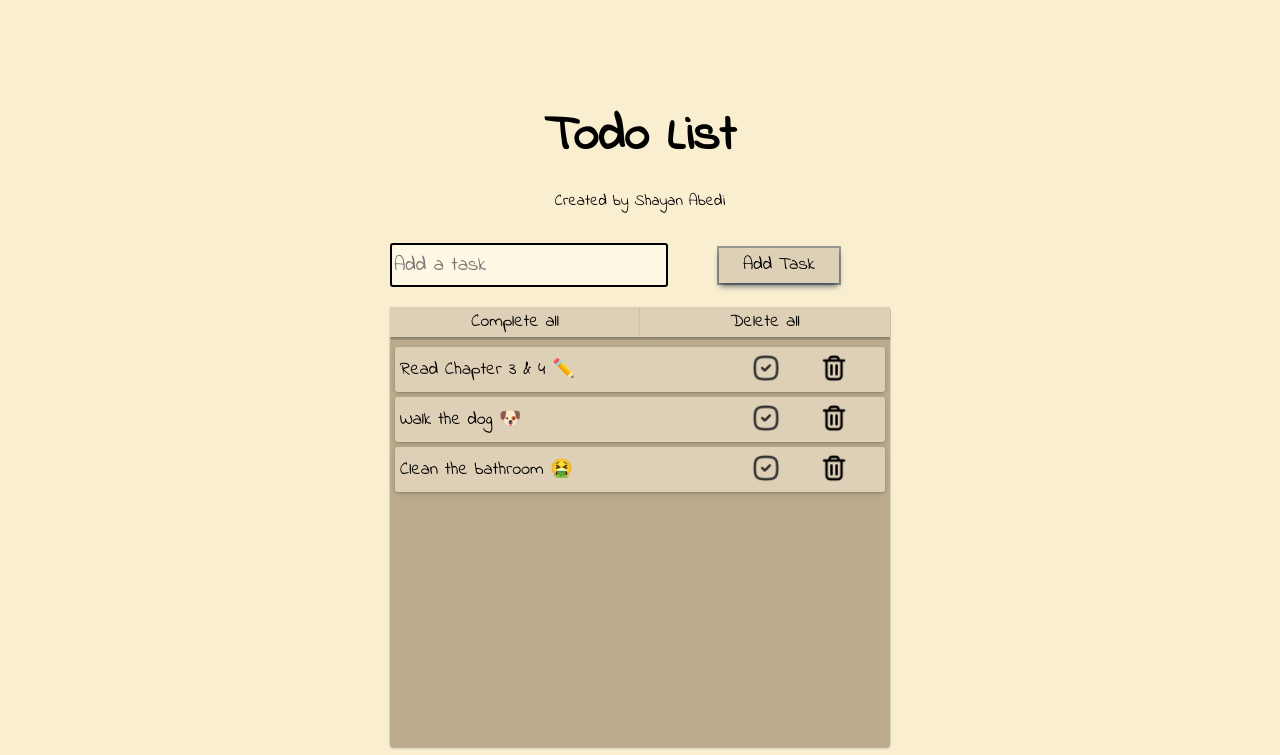
Repository: shayanabedi98/todo-list
Page: /
An editor plug-in stored every save of this project. The page is shown before and after a run of saves, followed by the edit.
The browser window is 1280 px wide. The pictures show the whole page.
The project was rebuilt for these pictures with package versions that can differ from the ones it lists, and the page was loaded fresh each time. Also part of the build but not shown: vite.config.js.

Above is the page before, as saved 2023-12-30 20:01:56.

### index.html
<!doctype html>
<html lang="en">
  <head>
    <meta charset="UTF-8" />
    <link rel="icon" type="image/svg+xml" href="./src/assets/pencil-svgrepo-com.png" />
    <meta name="viewport" content="width=device-width, initial-scale=1.0" />
    <link rel="preconnect" href="https://fonts.googleapis.com">
    <link rel="preconnect" href="https://fonts.gstatic.com" crossorigin>
    <link href="https://fonts.googleapis.com/css2?family=Indie+Flower&display=swap" rel="stylesheet">
    <title>Todo List</title>
  </head>
  <body>
    <div id="root"></div>
    <script type="module" src="/src/main.jsx"></script>
  </body>
</html>

### src/App.jsx
import { useState } from "react";
import { v4 as uuid } from "uuid";
import TodoList from "./TodoList";
import CreateTask from "./CreateTask";
import AffectAll from "./AffectAll";

function App() {
  const [list, setList] = useState([
    { id: uuid(), text: "Read Chapter 3 & 4 ✏️", completed: false },
    { id: uuid(), text: "Walk the dog 🐶", completed: false },
    { id: uuid(), text: "Clean the bathroom 🤮", completed: false },
  ]);
  const [input, setInput] = useState("");

  const addTask = () => {
    if (input.trim() !== "") {
      setList([...list, { id: uuid(), text: input, completed: false }]);
      setInput("");
    }
  };

  const handleChange = (event) => {
    setInput(event.target.value);
  };

  const handleDelete = (taskID) => {
    const newList = list.filter((task) => {
      return task.id !== taskID;
    });
    setList(newList);
  };

  const handleComplete = (taskID) => {
    const newList = list.map((task) => {
      if (task.id === taskID) {
        return { ...task, completed: !task.completed };
      } else {
        return task;
      }
    });
    setList(newList);
  };

  const clearAll = () => {
    setList([]);
  };

  const completeAll = () => {
    const isItCompleted = list.some((task) => !task.completed);
    const newList = list.map((task) => ({ ...task, completed: isItCompleted }));
    setList(newList)
  };

  return (
    <>
      <h1>Todo List</h1>
      <p id="developer">Created by Shayan Abedi</p>
      <CreateTask handleChange={handleChange} input={input} addTask={addTask} />
      <AffectAll clearAll={clearAll} completeAll={completeAll} />
      <TodoList
        list={list}
        handleDelete={handleDelete}
        handleComplete={handleComplete}
      />
    </>
  );
}

export default App;

### src/index.css
body {
  background-color: #faeed1;
  font-family: "Indie Flower", cursive;
}

h1 {
  font-size: 50px;
  margin-top: 100px;
  margin-bottom: 0;
  text-align: center;
}

.create-task {
  display: grid;
  place-items: center;
  align-content: center;
  grid-template-columns: 1fr 1fr;
  margin: 30px auto 0 auto;
}

.create-task input {
  background-color: #fdf7e4;
  border: 2px solid black;
  border-radius: 3px;
  font-size: 20px;
  height: 38px;
  width: 320px;
  font-family: "Indie Flower", cursive;
}

.create-task button {
  background-color: #ded0b6;
  border: none;
  font-family: "Indie Flower", cursive;
  height: 40px;
  width: 160px;
  font-size: 20px;
  box-shadow: rgba(6, 24, 44, 0.4) 0px 0px 0px 2px,
    rgba(6, 24, 44, 0.65) 0px 4px 6px -1px,
    rgba(255, 255, 255, 0.08) 0px 1px 0px inset;
  cursor: pointer;
}

.affect-all {
  display: flex;
  justify-content: space-between;
  margin-top: 20px;
}

.affect-all button {
  background-color: #ded0b6;
  box-shadow: rgba(0, 0, 0, 0.12) 1px 3px, rgba(0, 0, 0, 0.24) 0px 1px 2px;
  border: none;
  font-family: "Indie Flower", cursive;
  height: 30px;
  width: 50%;
  font-size: 18px;
  cursor: pointer;
}

.affect-all button:active {
  box-shadow: rgba(0, 0, 0, 0.12) 1px 1px, rgba(0, 0, 0, 0.24) 0px 1px 2px;
}

.list ul {
  margin: 0;
  padding: 5px;
  box-shadow: rgba(0, 0, 0, 0.12) 0px 1px 3px, rgba(0, 0, 0, 0.24) 0px 1px 2px;
  border-radius: 0 0 3px 3px;
  background-color: #bbab8c;
  min-height: 400px;
}

.list li {
  list-style: none;
  display: grid;
  grid-template-columns: 1fr 0.2fr 0.2fr;
  background-color: #ded0b6;
  margin-top: 5px;
  margin-bottom: 5px;
  padding: 5px;
  box-shadow: rgba(50, 50, 93, 0.25) 0px 2px 5px -1px,
    rgba(0, 0, 0, 0.3) 0px 1px 3px -1px;
  border-radius: 3px;
  font-size: 18px;
  align-items: center;
}

#developer,
h1,
.create-task,
.list,
.affect-all {
  width: 500px;
  margin-left: auto;
  margin-right: auto;
}

.list button {
  background-color: #ded0b6;
  height: 35px;
  width: 35px;
  margin: auto 2px;
  cursor: pointer;
  border: none;
  border-radius: 3px;
}

.list img,
.affect-all img {
  height: 30px;
}

#developer {
  text-align: center;
}

@media (max-width: 525px) {
  #developer,
  h1,
  .create-task,
  .list,
  .affect-all {
    width: 400px;
  }
}

.create-task button {
  width: 120px;
  font-size: 18px;
  height: 35px;
}

.create-task input {
  width: 270px;
}

### src/TodoList.jsx
import React from "react";
import trash from "./assets/trash.png";
import check from "./assets/check.png";

const TodoList = ({ handleComplete, handleDelete, list }) => {
  const completedStyle = (condition) => {
    return condition
      ? {
          color: "grey",
          textDecoration: "line-through",
        }
      : {};
  };

  return (
    <div className="list">
      <ul>
        {list.map((task) => {
          return (
            <li key={task.id}>
              <span style={completedStyle(task.completed)}>{task.text}</span>
              <button id="complete" onClick={() => handleComplete(task.id)}>
                <img src={check} alt="checkmark button"/>
              </button>
              <button id="delete" onClick={() => handleDelete(task.id)}>
                <img src={trash} alt="delete button"/>
              </button>
            </li>
          );
        })}
      </ul>
    </div>
  );
};

export default TodoList;

### src/CreateTask.jsx
import React from "react";

const CreateTask = ({input, addTask, handleChange}) => {
  return (
    <div className="create-task">
      <input
        onKeyDown={(e) => e.key === 'Enter' && addTask()}
        placeholder="Add a task"
        type="text"
        onChange={handleChange}
        value={input}
      />
      <button onClick={addTask}>Add Task</button>
    </div>
  );
};

export default CreateTask;

### src/AffectAll.jsx
import React from "react";


const AffectAll = ({ clearAll, completeAll }) => {
  return (
    <div className="affect-all">
      <button onClick={completeAll}>Complete all</button>
      <button onClick={clearAll}>Delete all</button>
    </div>
  );
};

export default AffectAll;

Loaded but not shown: src/main.jsx (common file)

After the next 2 saves:
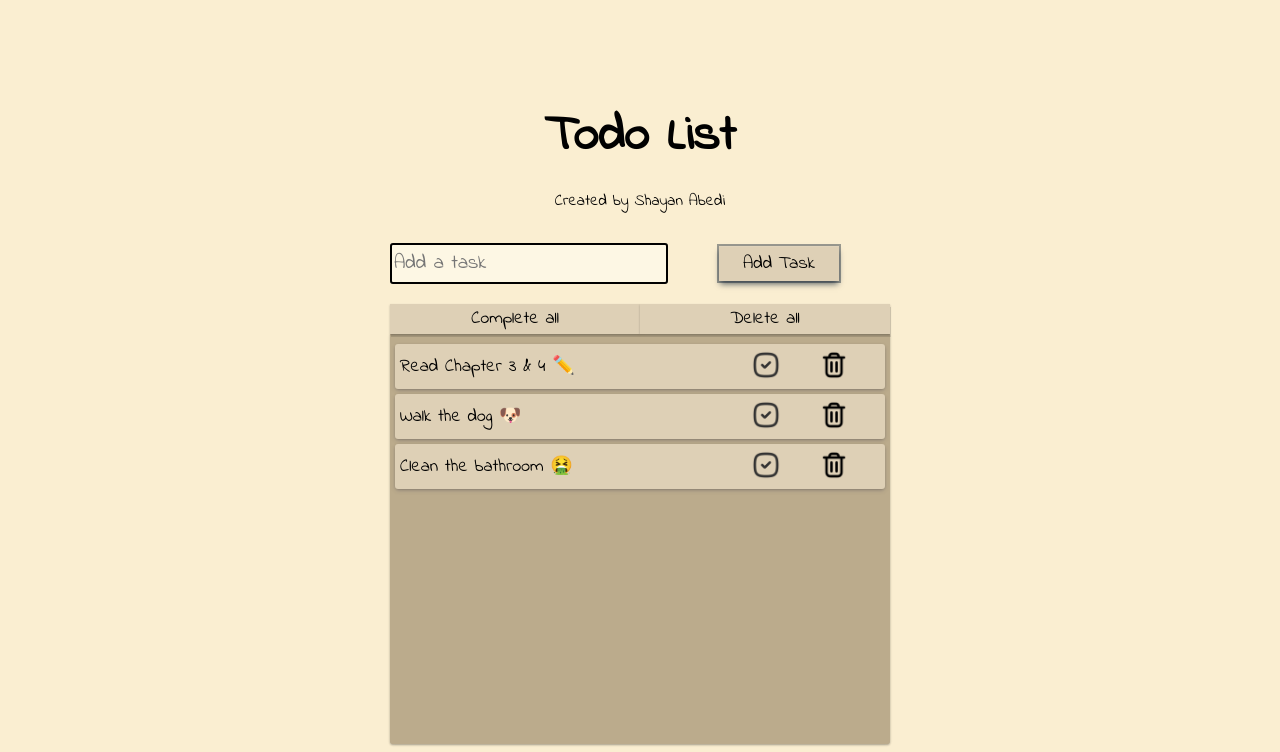
The 2 saves are shown as one change because they came seconds apart.
The last was saved 10 s later.
--- a/src/index.css
+++ b/src/index.css
@@ -133,4 +133,5 @@ h1,
 
 .create-task input {
   width: 270px;
+  height: 35px;
 }
